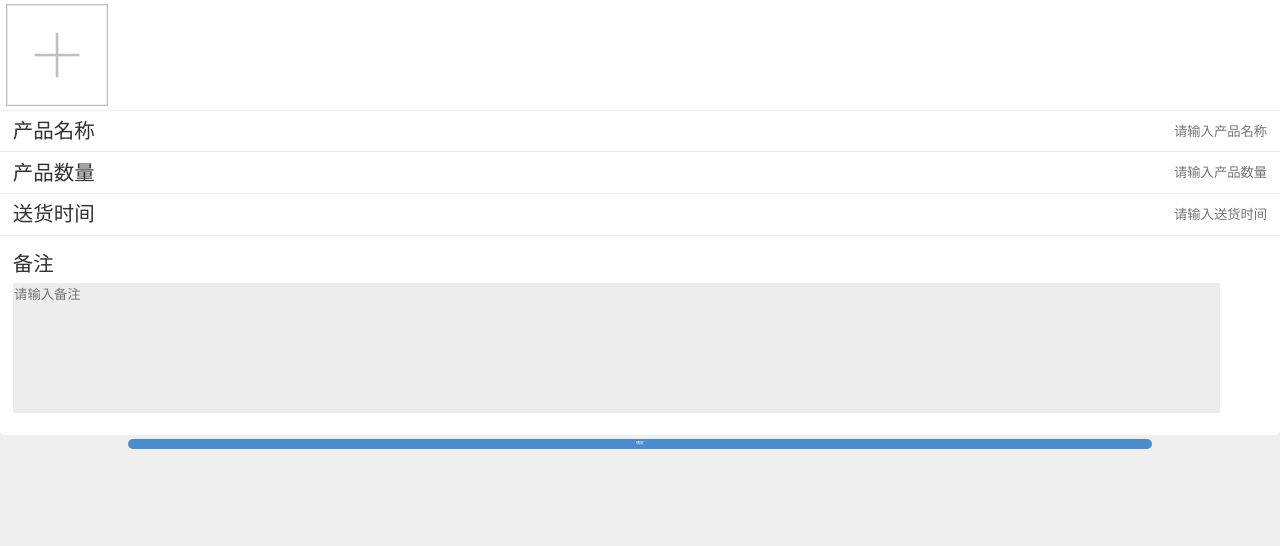
Repository: missing-star/produce
Page: Cbuyer.html
The author's editor kept a copy of each file at every save. The page is drawn from the files as they stood at one save, then again after the next save.
The browser window is 1280 px wide. The pictures show the whole page.

Above is the page before, as saved 2019-05-20 15:32:28.

After the next save:
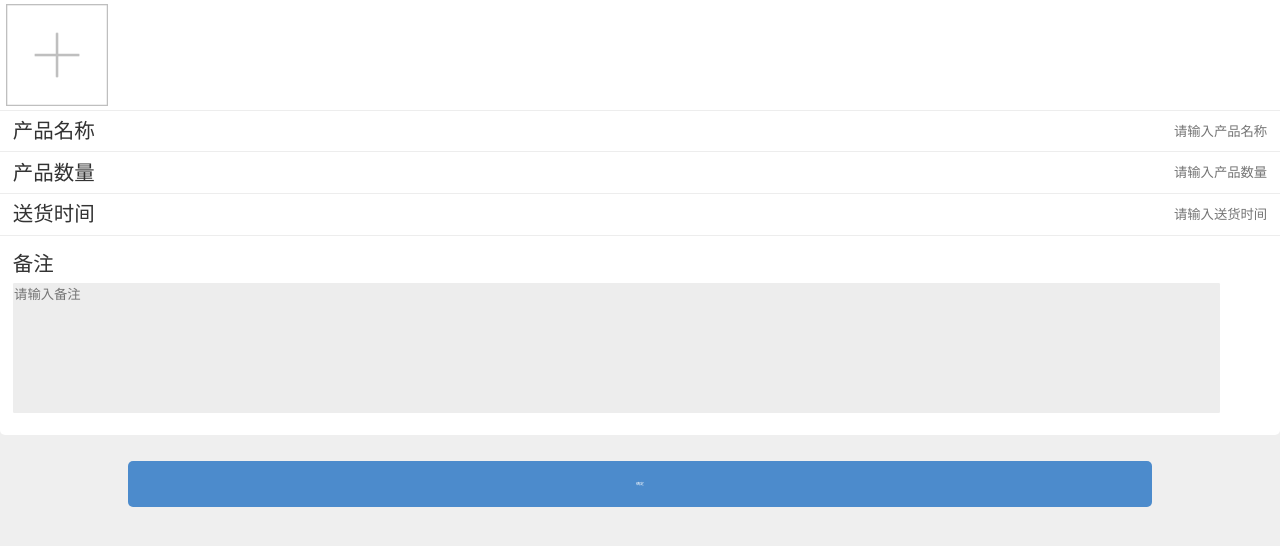
Saved 58 s later.
--- a/css/Cbuyer.css
+++ b/css/Cbuyer.css
@@ -69,14 +69,14 @@ textarea {
 
 .edit_btn {
     width: 80%;
-    height: 0.38rem;
+    height: 1.8rem;
     background: rgba(76, 139, 204, 1);
     border-radius: 5px;
     font-size: 0.15rem;
     color: rgba(255, 255, 255, 1);
     text-align: center;
-    line-height: 0.38rem;
-    margin: 0.15rem auto 0;
+    line-height: 1.8rem;
+    margin: 1rem auto;
 }
 
 #Svalue {
